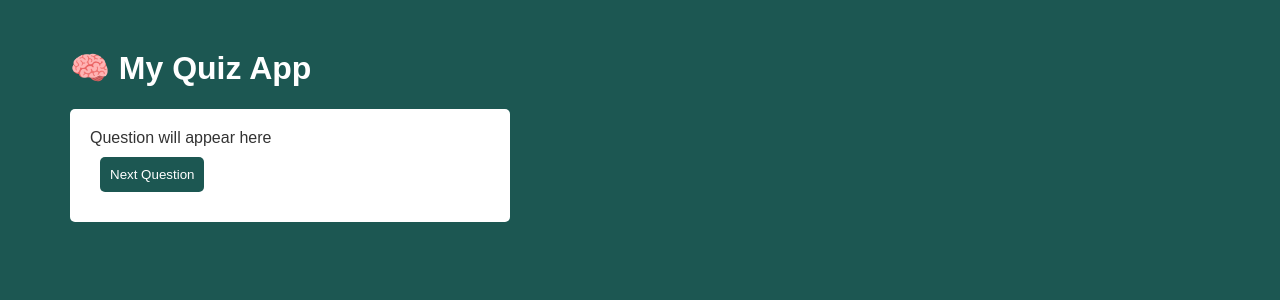
Repository: fatimaqueen9967-eng/SyntacexhubQuizApp
Page: index.html
An editor plug-in stored every save of this project. The page is shown before and after the next save, followed by the edit.
The browser window is 1280 px wide. The pictures show the whole page.

Above is the page before, as saved 2026-03-15 06:48:10.
Not found: script.js

After the next save:
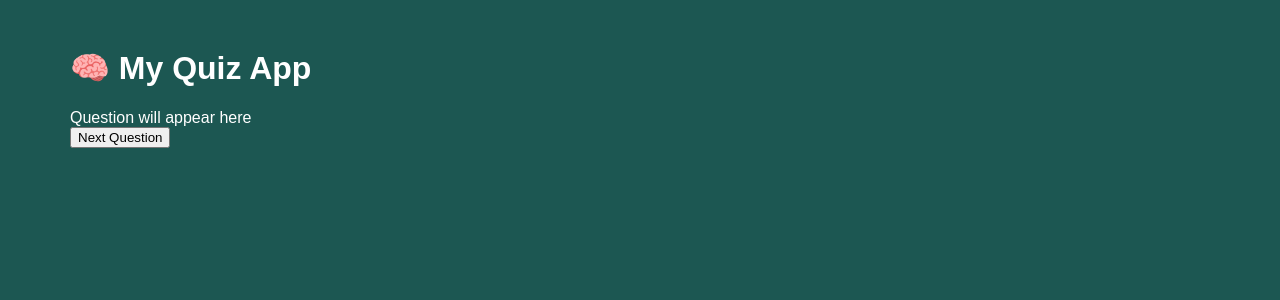
Saved 9 s later.
--- a/style.css
+++ b/style.css
@@ -15,7 +15,7 @@
     /* height: 700px; */
     /* display: flex; */
 
-    background-color: #fff;
+    /* background-color: #fff;
     color: #333;
     padding: 20px;
     border-radius: 5px;
@@ -31,4 +31,4 @@
     border: none;
     border-radius: 5px;
     cursor: pointer;
-}
+} */
